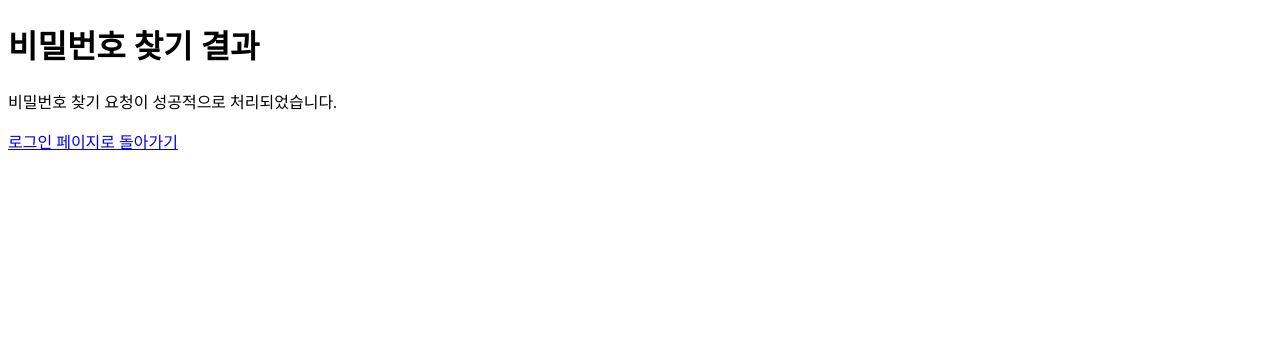
Repository: 0823-01/MonoLiving
Page: http://localhost/shoppingMall/views/member/findPasswordResult.jsp
The author's editor kept a copy of each file at every save. The page is drawn from the files as they stood at one save, then again after the next save.
The browser window is 1280 px wide. The pictures show the whole page.
The page is served by Tomcat 9.

Above is the page before, as saved 2024-10-31 15:50:46.

After the next save:
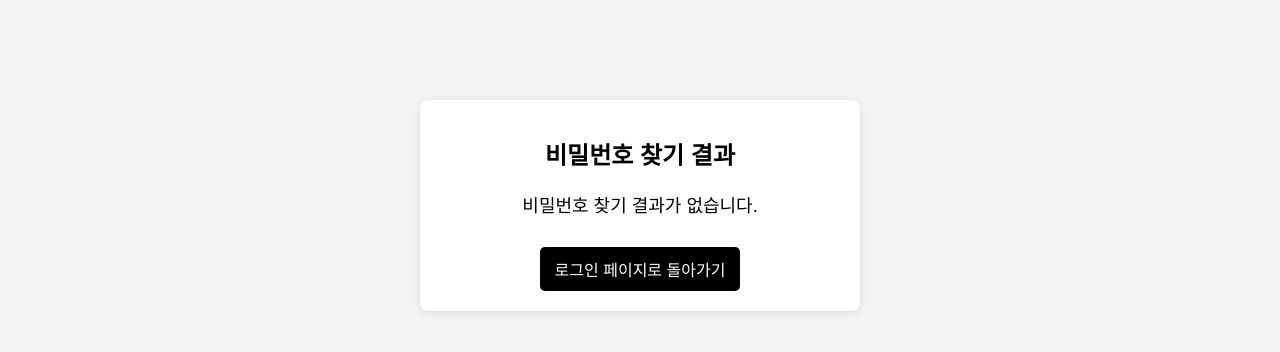
Saved 8 h 48 min later.
--- a/shoppingMall/src/main/webapp/views/member/findPasswordResult.jsp
+++ b/shoppingMall/src/main/webapp/views/member/findPasswordResult.jsp
@@ -1,22 +1,69 @@
-<%@ page language="java" contentType="text/html; charset=UTF-8"
-    pageEncoding="UTF-8"%>
+<%@ page language="java" contentType="text/html; charset=UTF-8" pageEncoding="UTF-8" %>
 <!DOCTYPE html>
-<html>
+<html lang="en">
 <head>
     <meta charset="UTF-8">
+    <meta name="viewport" content="width=device-width, initial-scale=1.0">
     <title>비밀번호 찾기 결과</title>
+
+    <style>
+        body {
+            font-family: Arial, sans-serif;
+            background-color: #f4f4f4;
+            margin: 0;
+            padding: 0;
+        }
+        .container {
+            width: 400px;
+            margin: 100px auto;
+            background: white;
+            padding: 20px;
+            border-radius: 8px;
+            box-shadow: 0 2px 10px rgba(0, 0, 0, 0.1);
+            text-align: center;
+        }
+        h1 {
+            font-size: 24px;
+            margin-bottom: 20px;
+        }
+        p {
+            font-size: 18px;
+            margin: 10px 0;
+        }
+        a {
+            display: inline-block;
+            margin-top: 20px;
+            padding: 10px 15px;
+            background-color: black;
+            color: white;
+            text-decoration: none;
+            border-radius: 5px;
+        }
+        a:hover {
+            background-color: white;
+            color: black;
+            border: 1px solid black;
+        }
+    </style>
 </head>
 <body>
+<div class="container">
     <h1>비밀번호 찾기 결과</h1>
-    <%
-        String message = (String) request.getAttribute("message");
-        if (message != null) {
-    %>
-        <p>비밀번호: <%= message %></p>
-    <%
-        }
-    %>
-    <p>비밀번호 찾기 요청이 성공적으로 처리되었습니다.</p>
-    <a href="<%= request.getContextPath() %>/login.jsp">로그인 페이지로 돌아가기</a>
+    <div id="resultMessage">
+        <%
+            String message = request.getParameter("message");
+            if (message != null && !message.isEmpty()) {
+        %>
+            <p>비밀번호: <%= message %></p>
+        <%
+            } else {
+        %>
+            <p>비밀번호 찾기 결과가 없습니다.</p>
+        <%
+            }
+        %>
+    </div>
+    <a href="<%= request.getContextPath() %>/main.jsp">로그인 페이지로 돌아가기</a>
+</div>
 </body>
 </html>
